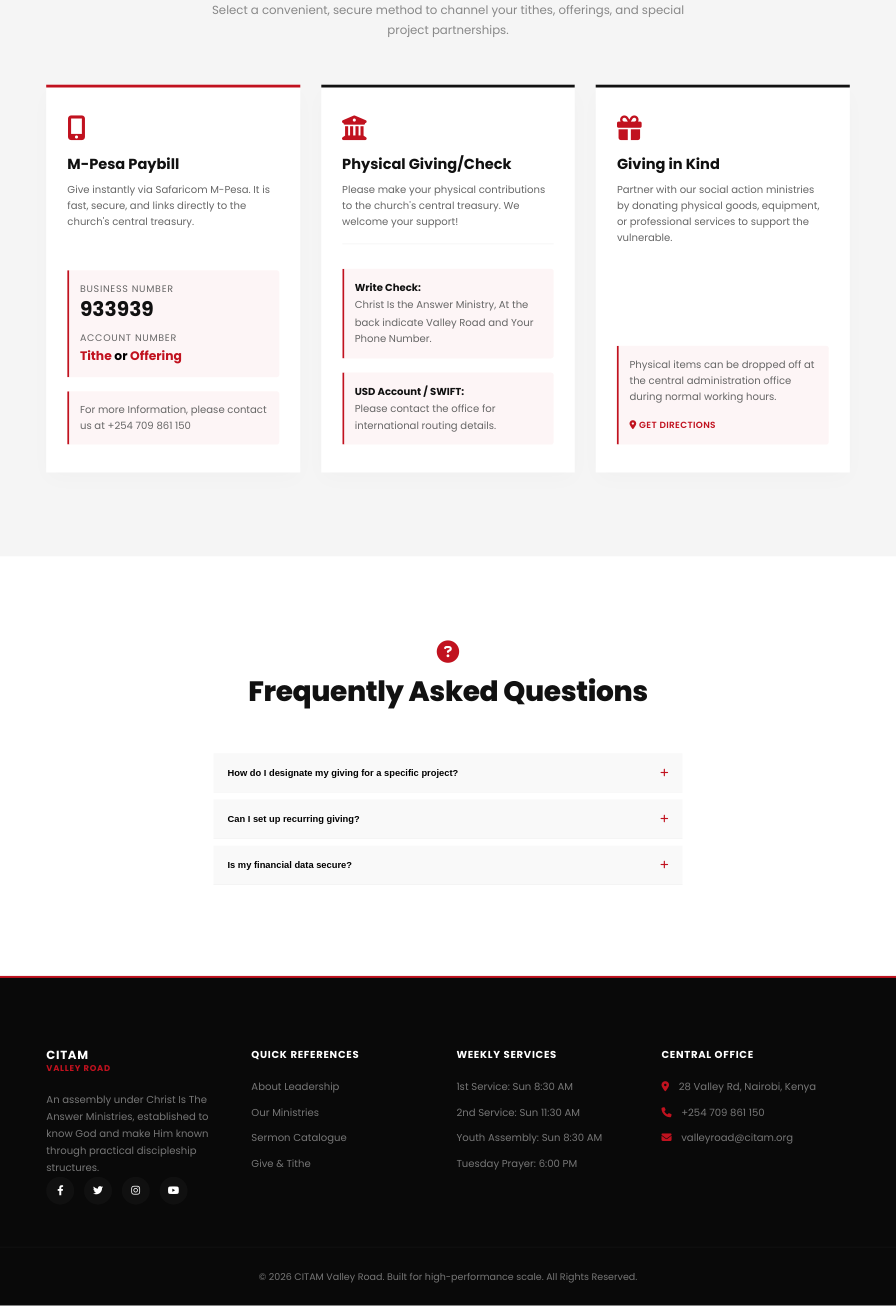
Repository: jereworks/CITAMVRD-Website
Page: give.html
An editor plug-in stored every save of this project. The page is shown before and after a run of saves, followed by the edit.
The browser window is 1280 px wide. The pictures show the part of the page from y = 700 to 2620 px (the page is 2565 px tall before and 2620 px after), at 70% of full size.

Above is the page before, as saved 2026-06-12 07:43:38.

### give.html
<!DOCTYPE html>
<html lang="en">
<head>
    <meta charset="UTF-8">
    <meta name="viewport" content="width=device-width, initial-scale=1.0">
    <meta name="description" content="Support the ministry at CITAM Valley Road through your tithes, offerings, and partnership. Find our M-Pesa Paybill, Bank details, and other giving methods.">
    <title>Give & Partner | CITAM Valley Road</title>

    <link rel="preconnect" href="https://fonts.googleapis.com">
    <link rel="preconnect" href="https://fonts.gstatic.com" crossorigin>
    <link href="https://fonts.googleapis.com/css2?family=Poppins:wght@300;400;500;600;700;800&display=swap" rel="stylesheet">
    <link rel="stylesheet" href="https://cdnjs.cloudflare.com/ajax/libs/font-awesome/6.4.0/css/all.min.css">

    <link rel="stylesheet" href="css/style.css">
</head>
<body>

    <div class="top-bar">
        <div class="container top-bar-flex">
            <div class="top-info">
                <span><i class="fas fa-phone-alt"></i> +254 709 861 150</span>
                <span><i class="fas fa-envelope"></i> valleyroad@citam.org</span>
                <span><i class="fas fa-map-marker-alt"></i> 28 Valley Rd, Nairobi, Kenya</span>
            </div>
            <div class="top-social">
                <a href="https://www.facebook.com/citamvrdke" target="_blank" aria-label="Facebook"><i class="fab fa-facebook-f"></i></a>
                <a href="https://x.com/CitamVrdKE" aria-label="Twitter"><i class="fab fa-twitter"></i></a>
                <a href="https://www.instagram.com/citamvrdke/" aria-label="Instagram"><i class="fab fa-instagram"></i></a>
                <a href="https://www.youtube.com/@CITAMValleyRoadNPC" aria-label="YouTube"><i class="fab fa-youtube"></i></a>
            </div>
        </div>
    </div>

    <header class="header" id="header">
        <div class="container nav-container">

            <a href="index.html" class="logo" aria-label="CITAM Valley Road Home" style="display: flex; align-items: center; gap: 15px; text-decoration: none;">
                <img src="images/CITAMLOGO.svg" alt="CITAM Logo" style="height: 70px; width: auto; display: block;">

                <div style="display: flex; flex-direction: column; justify-content: center;">
                    <span style="font-size: 2.2rem; font-weight: 800; color: #ffffff; line-height: 0.85; letter-spacing: 2px;">
                        CITAM
                    </span>
                    <span style="font-size: 0.7rem; font-weight: 400; color: #ffffff; line-height: 1; margin-top: 6px; text-transform: uppercase; width: 100%; text-align-last: justify;">
                        Valley Road
                    </span>
                </div>
            </a>

            <nav class="nav-menu" id="nav-menu" aria-label="Main Navigation">
                <ul class="nav-list">
                    <li><a href="index.html">Home</a></li>
                    <li><a href="about.html">About Us</a></li>
                    <li><a href="ministries.html">Ministries</a></li>
                    <li><a href="sermons.html">Sermons</a></li>
                    <li><a href="events.html">Events</a></li>
                    <li><a href="gallery.html">Gallery</a></li>
                    <li><a href="contact.html">Contact</a></li>
                </ul>
            </nav>

            <div class="nav-actions">
                <a href="give.html" class="btn btn-primary btn-nav active">Give / Tithe</a>
                <button class="hamburger" id="hamburger" aria-expanded="false" aria-label="Toggle navigation menu">
                    <i class="fas fa-bars"></i>
                </button>
            </div>
        </div>
    </header>

    <section class="about-hero-banner" style="background: linear-gradient(rgba(17, 17, 17, 0.85), rgba(17, 17, 17, 0.85)), url('https://images.unsplash.com/photo-1529070538774-1843cb3265df?auto=format&fit=crop&w=1920&q=80') no-repeat center center/cover;">
        <div class="container text-center">
            <span class="hero-pre-tag animate-on-scroll reveal-up">Worship & Partner</span>
            <h1 class="animate-on-scroll reveal-up delay-1">Giving & Tithes</h1>
            <p class="hero-subtext animate-on-scroll reveal-up delay-2">Honoring God through our resources to advance the Kingdom, support our community, and impact the world.</p>
        </div>
    </section>

    <section class="section bg-light">
        <div class="container">
            <div class="text-center mb-4">
                <span class="section-subtitle text-primary">Secure Transfer Ecosystems</span>
                <h2 class="section-title">Ways to Give</h2>
                <p class="max-width-text">Select a convenient, secure method to channel your tithes, offerings, and special project partnerships.</p>
            </div>

            <div class="grid-3 mt-4">

                <div class="identity-box card-vision animate-on-scroll reveal-up" style="display: flex; flex-direction: column;">
                    <div style="overflow: visible;">
                        <i class="fas fa-mobile-alt icon-lead text-primary"></i>
                    </div>
                    <h3>M-Pesa Paybill</h3>
                    <p style="flex-grow: 1;">Give instantly via Safaricom M-Pesa. It is fast, secure, and links directly to the church's central treasury.</p>

                    <div style="background: rgba(193, 18, 31, 0.04); border-left: 3px solid var(--primary); padding: 15px; margin-top: 20px; border-radius: 0 4px 4px 0;">
                        <span style="display: block; font-size: 0.85rem; color: var(--text-muted); text-transform: uppercase; letter-spacing: 1px;">Business Number</span>
                        <strong style="display: block; font-size: 1.8rem; color: var(--dark); line-height: 1.2;">933939</strong>

                        <span style="display: block; font-size: 0.85rem; color: var(--text-muted); text-transform: uppercase; letter-spacing: 1px; margin-top: 12px;">Account Number</span>
                        <strong style="display: block; font-size: 1.1rem; color: var(--primary);">Tithe <span style="color: #000000;">or</span> Offering</strong>
                    </div>

                    <div style="background: rgba(193, 18, 31, 0.04); border-left: 3px solid var(--primary); padding: 15px; margin-top: 20px; border-radius: 0 4px 4px 0;">
                        <p style="flex-grow: 1;">For more Information, please contact us at +254 709 861 150</p>
                    </div>

                </div>

                <div class="identity-box animate-on-scroll reveal-up delay-1" style="display: flex; flex-direction: column;">
                    <div style="overflow: visible;">
                        <i class="fas fa-university icon-lead text-primary"></i>
                    </div>
                    <h3>Physical Giving/Check</h3>
                    <p style="flex-grow: 1;">Please make your physical contributions to the church's central treasury. We welcome your support!</p>

                    <div style="border-top: 1px solid rgba(0,0,0,0.05); padding-top: 15px; margin-top: 20px;">
                        <ul style="list-style: none; font-size: 0.9rem;">
                            <li style="background: rgba(193, 18, 31, 0.04); border-left: 3px solid var(--primary); padding: 15px; margin-top: 20px; border-radius: 0 4px 4px 0;">
                                <strong style="color: var(--dark); display: block;">Write Check:</strong>
                                Christ Is the Answer Ministry, At the back indicate Valley Road and Your Phone Number.
                            </li>

                            <li style="background: rgba(193, 18, 31, 0.04); border-left: 3px solid var(--primary); padding: 15px; margin-top: 20px; border-radius: 0 4px 4px 0;">
                                <strong style="color: var(--dark); display: block;">USD Account / SWIFT:</strong>
                                Please contact the office for international routing details.
                            </li>
                        </ul>
                    </div>
                </div>

                <div class="identity-box animate-on-scroll reveal-up delay-2" style="display: flex; flex-direction: column;">
                    <div style="overflow: visible;">
                        <i class="fas fa-gift icon-lead text-primary"></i>
                    </div>
                    <h3>Giving in Kind</h3>
                    <p style="flex-grow: 1;">Partner with our social action ministries by donating physical goods, equipment, or professional services to support the vulnerable.</p>

                    <div style="background: rgba(193, 18, 31, 0.04); border-left: 3px solid var(--primary); padding: 15px; margin-top: 20px; border-radius: 0 4px 4px 0;">
                        <p style="font-size: 0.9rem; margin-bottom: 15px;">Physical items can be dropped off at the central administration office during normal working hours.</p>
                        <a href="contact.html" class="action-link" style="color: var(--primary);"><i class="fas fa-map-marker-alt"></i> Get Directions</a>
                    </div>

                </div>

            </div>
        </div>
    </section>

    <section class="section bg-white">
        <div class="container max-width-text">
            <div class="text-center mb-4">
                <i class="fas fa-question-circle text-primary" style="font-size: 2rem; margin-bottom: 15px;"></i>
                <h2 class="section-title">Frequently Asked Questions</h2>
            </div>

            <div class="accordion-container animate-on-scroll reveal-up">

                <div class="accordion-item">
                    <button class="accordion-header" aria-expanded="false">
                        <span>How do I designate my giving for a specific project?</span>
                        <i class="fas fa-plus text-primary transition-smooth"></i>
                    </button>
                    <div class="accordion-content">
                        <p style="padding: 15px 0;">When using M-Pesa, you can indicate the specific project name in the <strong>Account Number</strong> field (e.g., "Building Fund", "Missions", or "Welfare"). For Bank Transfers, please include the designation in your transfer reference notes.</p>
                    </div>
                </div>

                <div class="accordion-item">
                    <button class="accordion-header" aria-expanded="false">
                        <span>Can I set up recurring giving?</span>
                        <i class="fas fa-plus text-primary transition-smooth"></i>
                    </button>
                    <div class="accordion-content">
                        <p style="padding: 15px 0;">Yes. We highly encourage setting up a Standing Order with your bank. This automates your tithes and regular offerings, ensuring consistency. You can use the bank details provided above to set this up with your branch.</p>
                    </div>
                </div>

                <div class="accordion-item">
                    <button class="accordion-header" aria-expanded="false">
                        <span>Is my financial data secure?</span>
                        <i class="fas fa-plus text-primary transition-smooth"></i>
                    </button>
                    <div class="accordion-content">
                        <p style="padding: 15px 0;">Absolutely. All digital transactions are processed directly through Safaricom and our partnered commercial banks. CITAM Valley Road does not intercept, store, or process your direct banking passwords or PINs.</p>
                    </div>
                </div>

            </div>
        </div>
    </section>

    <footer class="footer">
        <div class="container grid-4">
            <div class="footer-col">
                <h3>CITAM<span>Valley Road</span></h3>
                <p>An assembly under Christ Is The Answer Ministries, established to know God and make Him known through practical discipleship structures.</p>
                <div class="social-links">
                    <a href="https://www.facebook.com/citamvrdke" target="_blank" rel="noopener noreferrer" aria-label="Facebook"><i class="fab fa-facebook-f"></i></a>
                    <a href="https://x.com/CitamVrdKE" target="_blank" rel="noopener noreferrer" aria-label="Twitter"><i class="fab fa-twitter"></i></a>
                    <a href="https://www.instagram.com/citamvrdke/" target="_blank" rel="noopener noreferrer" aria-label="Instagram"><i class="fab fa-instagram"></i></a>
                    <a href="https://www.youtube.com/@CITAMValleyRoadNPC" target="_blank" rel="noopener noreferrer" aria-label="YouTube"><i class="fab fa-youtube"></i></a>
                </div>
            </div>
            <div class="footer-col">
                <h4>Quick References</h4>
                <ul>
                    <li><a href="about.html">About Leadership</a></li>
                    <li><a href="ministries.html">Our Ministries</a></li>
                    <li><a href="sermons.html">Sermon Catalogue</a></li>
                    <li><a href="give.html">Give & Tithe</a></li>
                </ul>
            </div>
            <div class="footer-col">
                <h4>Weekly Services</h4>
                <ul>
                    <li>1st Service: Sun 8:30 AM</li>
                    <li>2nd Service: Sun 11:30 AM</li>
                    <li>Youth Assembly: Sun 8:30 AM</li>
                    <li>Tuesday Prayer: 6:00 PM</li>
                </ul>
            </div>
            <div class="footer-col">
                <h4>Central Office</h4>
                <ul>
                    <li><i class="fas fa-map-marker-alt"></i> 28 Valley Rd, Nairobi, Kenya</li>
                    <li><i class="fas fa-phone"></i> +254 709 861 150</li>
                    <li><i class="fas fa-envelope"></i> valleyroad@citam.org</li>
                </ul>
            </div>
        </div>
        <div class="footer-bottom text-center">
            <p>© 2026 CITAM Valley Road. Built for high-performance scale. All Rights Reserved.</p>
        </div>
    </footer>

    <script>
        document.addEventListener('DOMContentLoaded', () => {

            // 1. Sticky Header Intersection
            const header = document.getElementById('header');
            window.addEventListener('scroll', () => {
                if (window.scrollY > 50) {
                    header.classList.add('scrolled');
                } else {
                    header.classList.remove('scrolled');
                }
            });

            // 2. Mobile Nav Toggle
            const hamburger = document.getElementById('hamburger');
            const navMenu = document.getElementById('nav-menu');
            hamburger.addEventListener('click', () => {
                navMenu.classList.toggle('show');
                const isExpanded = hamburger.getAttribute('aria-expanded') === 'true';
                hamburger.setAttribute('aria-expanded', !isExpanded);
            });

            // 3. Cinematic Scroll Reveal via IntersectionObserver
            const observerOptions = {
                root: null,
                rootMargin: '0px',
                threshold: 0.15
            };

            const revealObserver = new IntersectionObserver((entries, observer) => {
                entries.forEach(entry => {
                    if (entry.isIntersecting) {
                        entry.target.classList.add('active');
                        observer.unobserve(entry.target);
                    }
                });
            }, observerOptions);

            const animatableElements = document.querySelectorAll('.animate-on-scroll');
            animatableElements.forEach(el => revealObserver.observe(el));

            // 4. Accordion Logic (Scalable UI Pattern)
            const accordionHeaders = document.querySelectorAll('.accordion-header');

            accordionHeaders.forEach(header => {
                header.addEventListener('click', function() {
                    const content = this.nextElementSibling;
                    const icon = this.querySelector('i');
                    const isOpen = content.style.maxHeight;

                    // Close all other accordions
                    document.querySelectorAll('.accordion-content').forEach(item => {
                        item.style.maxHeight = null;
                    });
                    document.querySelectorAll('.accordion-header i').forEach(item => {
                        item.classList.remove('fa-minus');
                        item.classList.add('fa-plus');
                    });
                    document.querySelectorAll('.accordion-header').forEach(item => {
                        item.setAttribute('aria-expanded', 'false');
                    });

                    // Open clicked if it was closed
                    if (!isOpen) {
                        content.style.maxHeight = content.scrollHeight + "px";
                        icon.classList.remove('fa-plus');
                        icon.classList.add('fa-minus');
                        this.setAttribute('aria-expanded', 'true');
                    }
                });
            });
        });
    </script>
</body>
</html>

Loaded but not shown: css/style.css (1641 lines, source omitted)

After the next 3 saves:
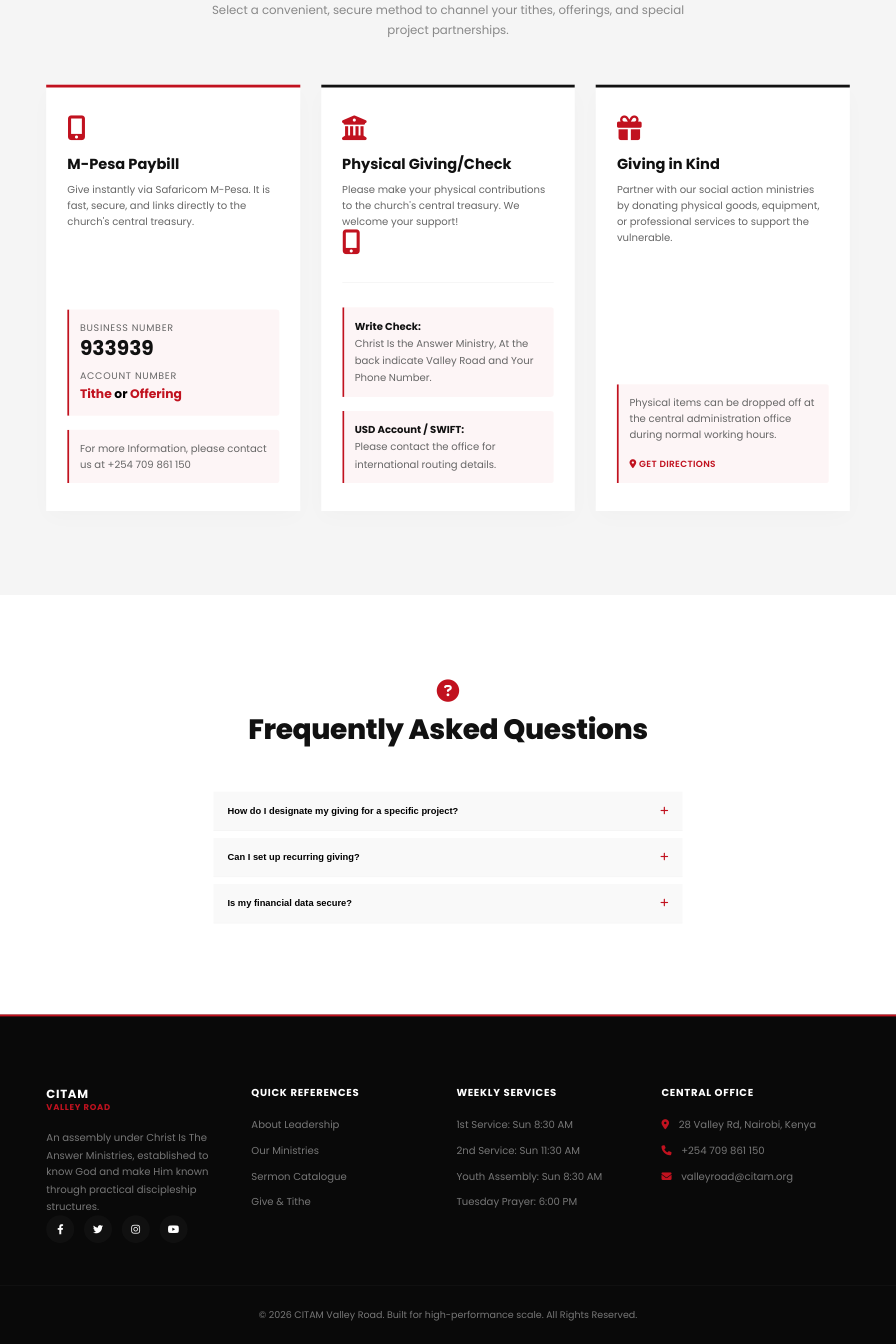
The 3 saves are shown as one change because they came seconds apart.
The last was saved 5 min 28 s later.
--- a/give.html
+++ b/give.html
@@ -113,6 +113,10 @@
                     </div>
                     <h3>Physical Giving/Check</h3>
                     <p style="flex-grow: 1;">Please make your physical contributions to the church's central treasury. We welcome your support!</p>
+
+                    <div style="overflow: visible;">
+                        <i class="fas fa-mobile-alt icon-lead text-primary"></i>
+                    </div>
 
                     <div style="border-top: 1px solid rgba(0,0,0,0.05); padding-top: 15px; margin-top: 20px;">
                         <ul style="list-style: none; font-size: 0.9rem;">

After the 2 saves that followed:
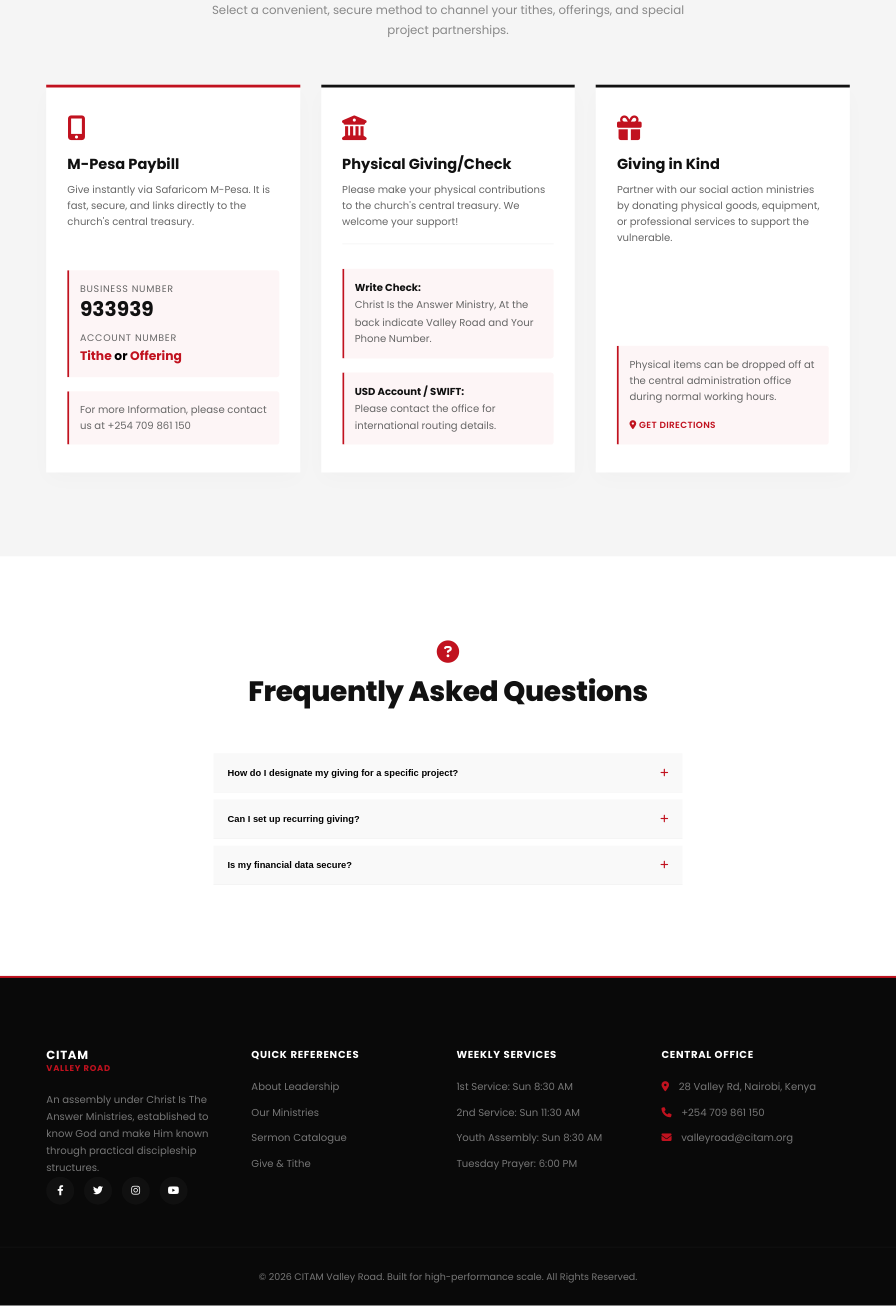
The 2 saves are shown as one change because 1 left the picture as it was.
The last was saved 27 s later.
--- a/give.html
+++ b/give.html
@@ -113,10 +113,6 @@
                     </div>
                     <h3>Physical Giving/Check</h3>
                     <p style="flex-grow: 1;">Please make your physical contributions to the church's central treasury. We welcome your support!</p>
-
-                    <div style="overflow: visible;">
-                        <i class="fas fa-mobile-alt icon-lead text-primary"></i>
-                    </div>
 
                     <div style="border-top: 1px solid rgba(0,0,0,0.05); padding-top: 15px; margin-top: 20px;">
                         <ul style="list-style: none; font-size: 0.9rem;">
